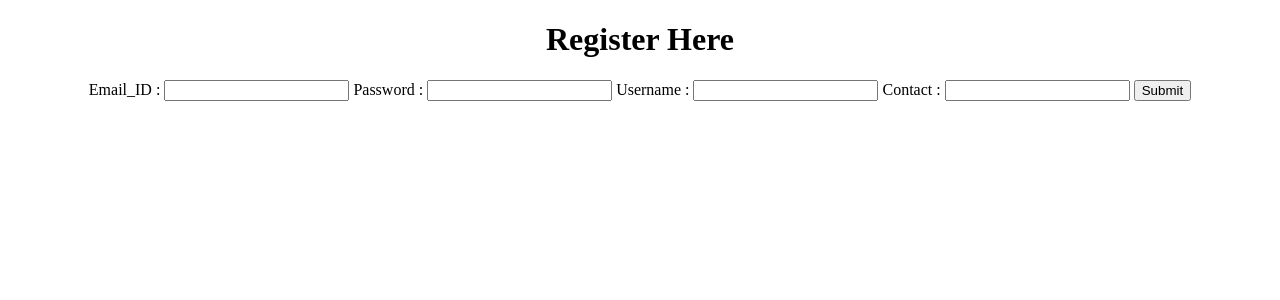
Repository: sunil965/JDBC-Servlet-JSP
Page: LoginForm/WebContent/Register.html
The author's editor kept a copy of each file at every save. The page is drawn from the files as they stood at one save, then again after the next save.
The browser window is 1280 px wide. The pictures show the whole page.

Above is the page before, as saved 2017-04-28 07:25:34.

After the next save:
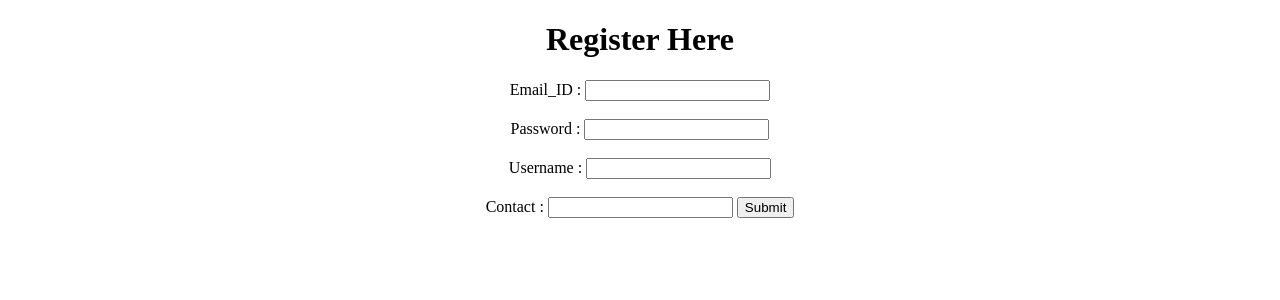
Saved 90 s later.
--- a/LoginForm/WebContent/Register.html
+++ b/LoginForm/WebContent/Register.html
@@ -8,9 +8,9 @@
 <h1 align="center"> Register Here</h1>
 <div align="center">
 	<form action="register" method="get">
-		Email_ID : <input type="email" name="mail">
-		Password : <input type="password" name="pwd">
-		Username : <input type="text" name="name">
+		Email_ID : <input type="email" name="mail"><br><br>
+		Password : <input type="password" name="pwd"><br><br>
+		Username : <input type="text" name="name"><br><br>
 		Contact  : <input type="number" name="number">
 		<input type="submit" >
 
